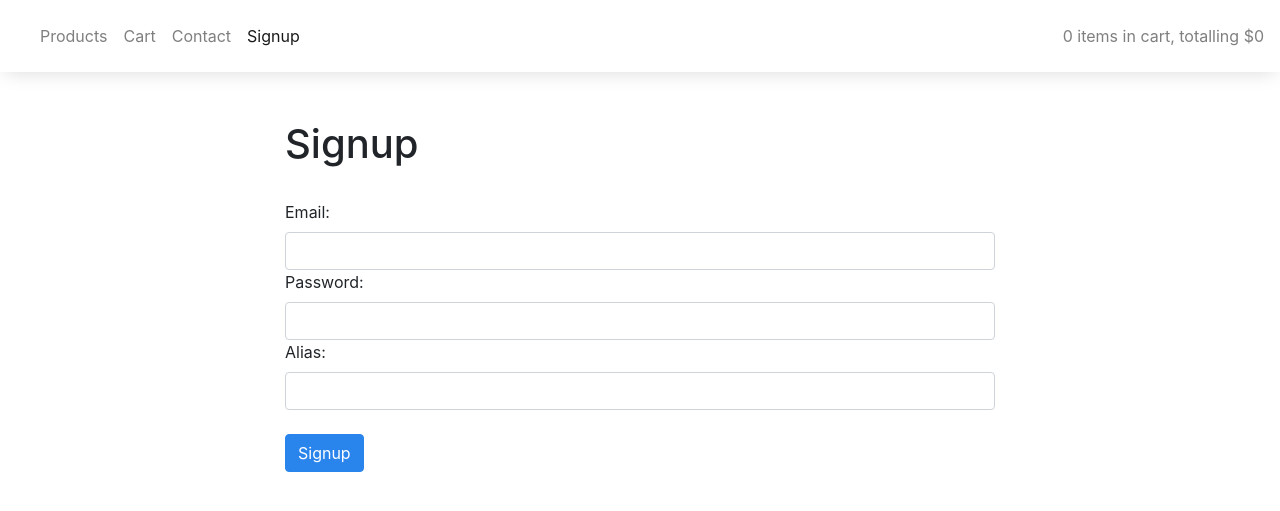
Repository: dayrim/wavecraft
Page: /signup
The author's editor kept a copy of each file at every save. The page is drawn from the files as they stood at one save, then again after the next save.
The browser window is 1280 px wide. The pictures show the whole page.
The project was rebuilt for these pictures with package versions that can differ from the ones it lists, and the page was loaded fresh each time. Also part of the build but not shown: vue.config.js.

Above is the page before, as saved 2019-04-22 16:15:51.

After the next save:
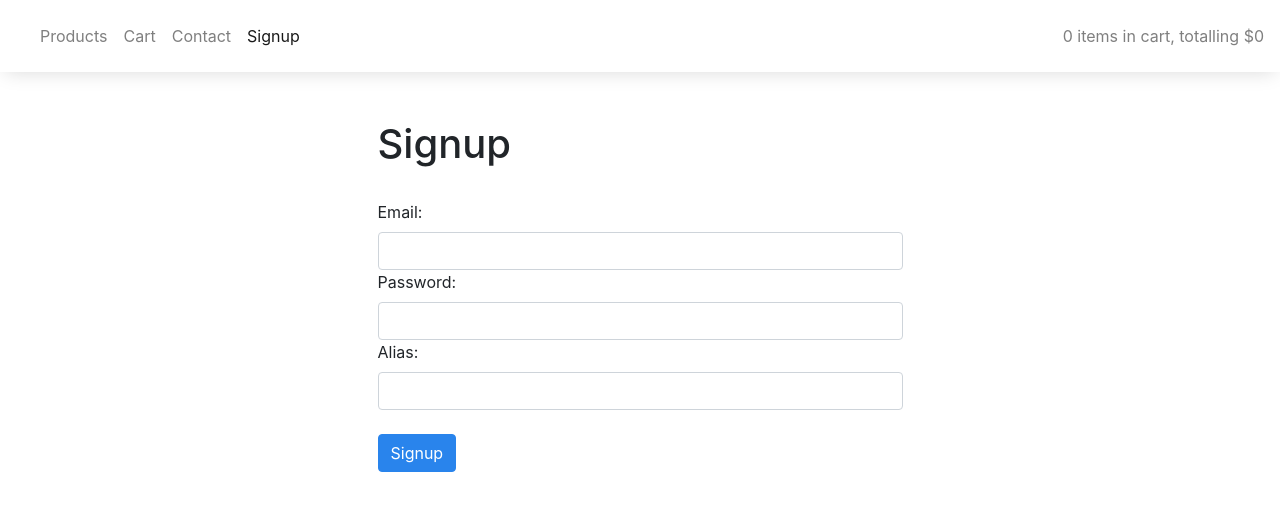
Saved 6 s later.
--- a/src/components/Signup.vue
+++ b/src/components/Signup.vue
@@ -2,7 +2,7 @@
   <b-container>
     <b-row>
       <b-col></b-col>
-      <b-col cols="8">
+      <b-col cols="6">
         <h1>Signup</h1>
         <br />
         <label for="email">Email:</label>
